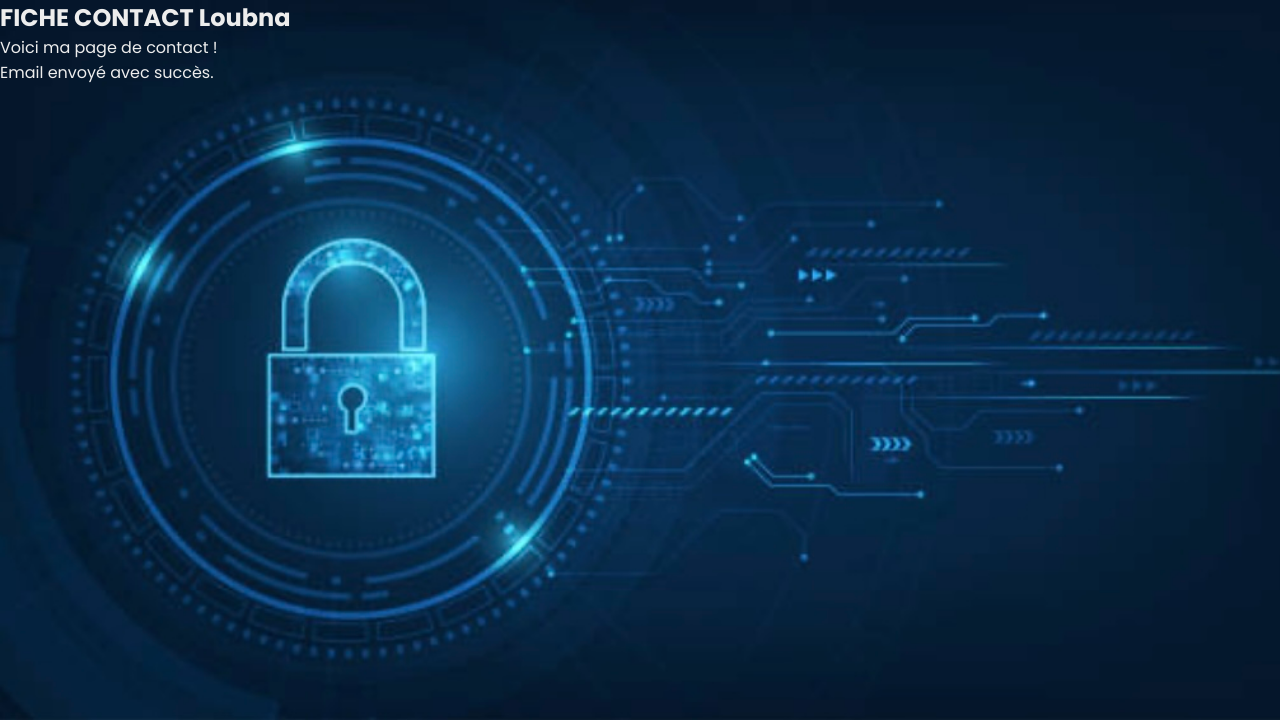
Repository: Loubna77290/Portfolio-de-Loubna
Page: http://localhost/contact.php
The author's editor kept a copy of each file at every save. The page is drawn from the files as they stood at one save, then again after the next save.
The browser window is 1280 px wide. The pictures show the whole page.
The page is run by PHP 8.4 with error messages shown; the project is at /var/www/html/.

Above is the page before, as saved 2025-03-10 01:41:08.

### contact.php
<!DOCTYPE html>
<html lang="en">
<head>
    <meta charset="UTF-8">
    <meta name="viewport" content="width=device-width, initial-scale=1.0">
    <title>Fiche contact</title>
    <link rel="stylesheet" href="style.css">
</head>
<body>
    <section class="contact-background">
        <div class="contact-contenu">
        <h1>FICHE CONTACT Loubna</h1>
        <p>Voici ma page de contact !</p>
        <?php
        $to = "loubnamelakia@gmail.com";
        $subject = "essai";
        $message = "coucou Loubna";
        $headers = "from: no-reply@mon-site.com";

        if(mail($to, $subject, $message, $headers)) {
            echo "Email envoyé avec succès.";
         } else {
            echo "Erreur lors de l'envoi de l'email.";
        }
    ?>

    </div>
    </section>

</body>
</html>

### style.css
@import url('https://fonts.googleapis.com/css2?family=Poppins:wght@300;400;500;600;700;800;900&display=swap');

* {
    margin: 0;
    padding: 0;
    box-sizing: border-box;
    font-family: 'Poppins', sans-serif;

}

body {
    background: #081b29;
    color: #ededed;

}

.header {
    position:fixed;
    top: 0;
    left:0;
    width: 100%;
    padding: 20px 10px;
    background: transparent;
    display: flex;
    justify-content: space-between;
    align-items: center;
    z-index: 100;
}


.logo {
    position: relative;
    margin-left: 30px;
    font-size: 25px;
    color: #ededed;
    text-decoration: none;
    font-weight: 600;

}

.logo::before {
    content: '';
    position: absolute;
    top: 0;
    right: 0;
    width: 100%;
    height: 100%;
    background: #081b29b6;
    animation: showRight 1s ease forwards;
    animation-delay: .4s;;
}

.navbar a {
    font-size: 18px;
    color: #ededed;
    text-decoration: none;
    font-weight: 500;
    margin-right: 60px;
    justify-content: flex-end;
    transition: .3s;

}

.navbar a:hover,
.navbar a.active {
    color: #00abf0;

}

.accueil {
    height: 100vh;
    background: url(./IMG_7408.jpg) no-repeat center center;
    background-size: cover;
    display: flex;
    align-items: center;
    padding: 0 10%;
}

.accueil-contenu {
    background: transparent;
    max-width: 600px;


    }

.accueil-contenu h2 {
    font-size: 45px;
    font-weight: 700;
    line-height: 1.2;
    white-space: nowrap;
}

.accueil-contenu h2::before {
    content: '';
    position: absolute;
    top: 0;
    right: 0;
    width: 100%;
    height: 100%;
    background: #081b29;
    animation: showRight 1s ease forwards;
    animation-delay: 1s;
}

.accueil-contenu h3 {
    font-size: 30px;
    font-weight: 600;
    color: #0ff;

}

.accueil-contenu p {
    font-size: 16px;
    margin: 20px  0 40px;
    line-height: 1.2;
}

.accueil-contenu .btn-box {
    position: relative;
    display: flex;
    justify-content: space-between;
    width: 380px;
    height: 60px;

}

.accueil-contenu .btn-box::before {
    content: '';
    position: absolute;
    top: 0;
    right: 0;
    width: 100%;
    height: 100%;
    background: #081b294d;
    animation: showRight 1s ease forwards;
    animation-delay: 1.9s;
    z-index: 2;
}

.btn-box a {
    position: relative;
    display: inline-flex;
    justify-content: center;
    align-items: center;
    width: 150px;
    height: 110%;
    background: #00abf0;
    border: 2px solid #00abf0;
    border-radius: 8px;
    font-size: 19px;
    color: #081b29;
    text-align: center;
    text-decoration: none;
    font-weight: 600;
    letter-spacing: 1px;
    z-index: 1;
    overflow: hidden;
    transition: .5s;
}

.btn-box a:hover {
    color: #00abf0;

}

.btn-box a:nth-child(2) {
    background: transparent;
    color:#00abf0
}

.btn-box a:nth-child(2):hover {
    color:#081b29;
}


.btn-box a:nth-child(2)::before {
    background: #00abf0;
    }

.btn-box a::before {
    content: '';
    position: absolute;
    top: 0;
    left: 0;
    width: 0;
    height: 100%;
    background: #081b29;
    z-index: -1;
    transition: .5s;
}

.btn-box a:hover::before {
    width: 100%;
    }

.home-sci {
    position: absolute;
    bottom: 1px;
    width: 150px;
    display: flex;
    justify-content: space-between;
}

.home-sci::before {
    content: '';
    position: absolute;
    top: 0;
    right: 0;
    width: 100%;
    height: 100%;
    background: #081b29;
    animation: showRight 1s ease forwards;
    animation-delay: 2.5s;
    z-index: 2;
}

.home-sci a {
    position: relative;
    display: inline-flex;
    justify-content: center;
    align-items: center;
    width: 40px;
    height: 40px;
    background: transparent;
    border: 2px solid #00abf0;
    border-radius: 50%;
    font-size: 20px;
    text-decoration: none;
    z-index: 1;
    overflow: hidden;
    transition: .5s;
    color: #00abf0;
}

.home-sci a:hover {
    color: #081b29;

}
.home-sci a::before {
    content: '';
    position: absolute;
    top: 0;
    left: 0;
    width: 0;
    height: 100%;
    background:#00abf0;
    transition: .5s;
    z-index: -1;
}

.home-sci a:hover::before {
    width: 100%;
}

/* KEYFRAMES ANIMATION */
@keyframes showRight {
    100% {
        width: 0;
    }
}

.contact-background  {
    background: url('IMG_7400.jpg');
    height: 100vh;
    background-size: cover;
    display: flex;
}


.footer-background  {
    position: relative;
    background: url('IMG_7400.jpg');
    height: 100vh;
    background-size: cover;
    display: flex;
    align-items: flex-end;
    justify-content: center;
}

.contenu-footer {
    color: #ededed;
    position: absolute;

}
.contenu-footer p {
    color: rgb(169, 236, 238);
    font-weight: 200;
    font-size: 15px;
}

After the next save:
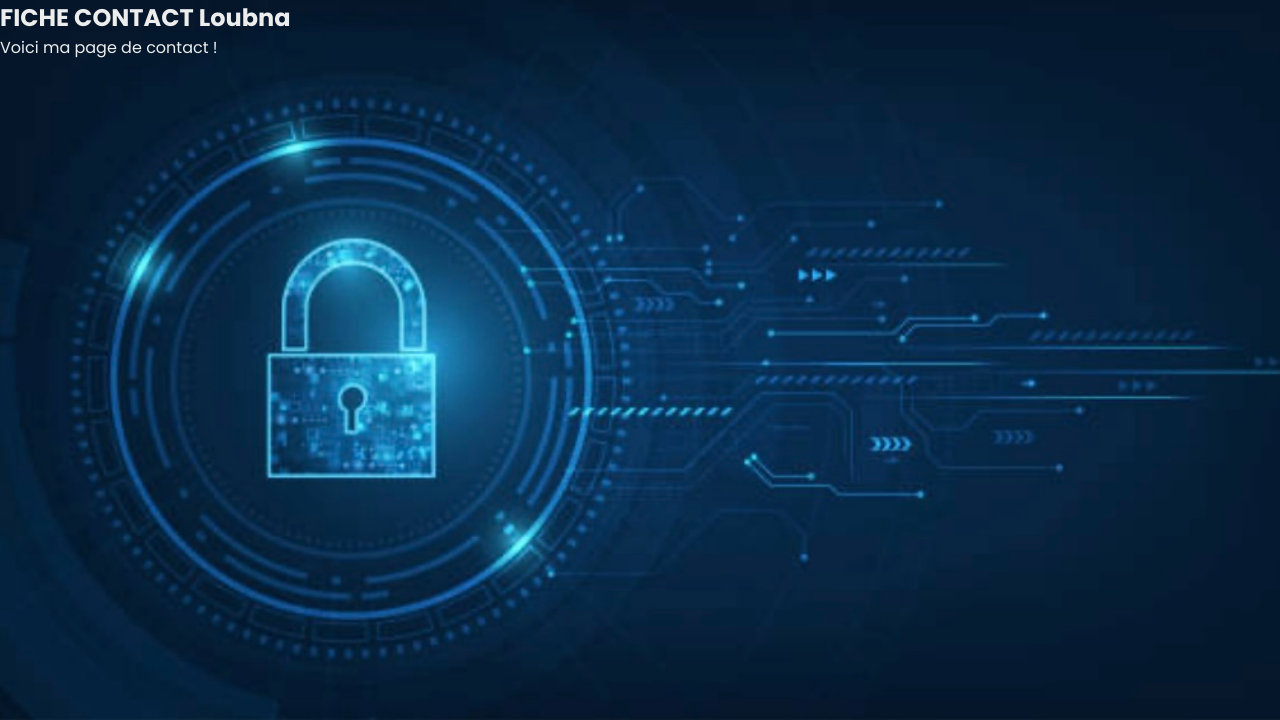
Saved 7 h 8 min later.
--- a/contact.php
+++ b/contact.php
@@ -11,18 +11,7 @@
         <div class="contact-contenu">
         <h1>FICHE CONTACT Loubna</h1>
         <p>Voici ma page de contact !</p>
-        <?php
-        $to = "loubnamelakia@gmail.com";
-        $subject = "essai";
-        $message = "coucou Loubna";
-        $headers = "from: no-reply@mon-site.com";
 
-        if(mail($to, $subject, $message, $headers)) {
-            echo "Email envoyé avec succès.";
-         } else {
-            echo "Erreur lors de l'envoi de l'email.";
-        }
-    ?>
 
     </div>
     </section>
